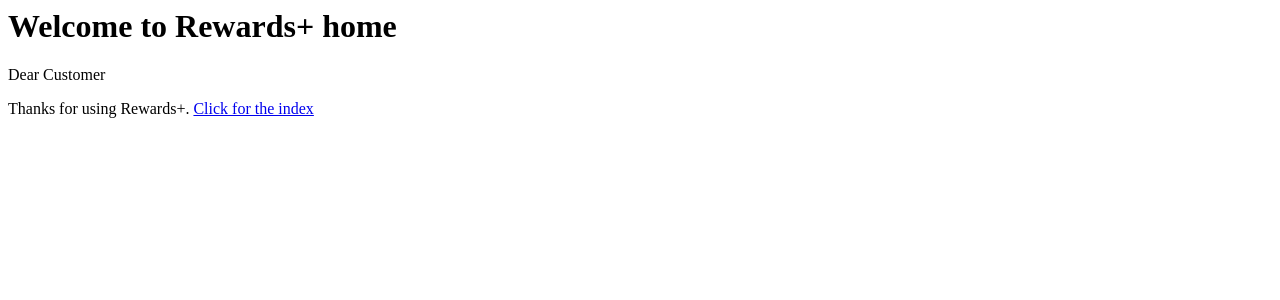
Repository: ahpraveen/springbootdemo
Page: demo/src/main/resources/static/home.html
The author's editor kept a copy of each file at every save. The page is drawn from the files as they stood at one save, then again after the next save.
The browser window is 1280 px wide. The pictures show the whole page.

Above is the page before, as saved 2018-01-21 23:19:51.

After the next save:
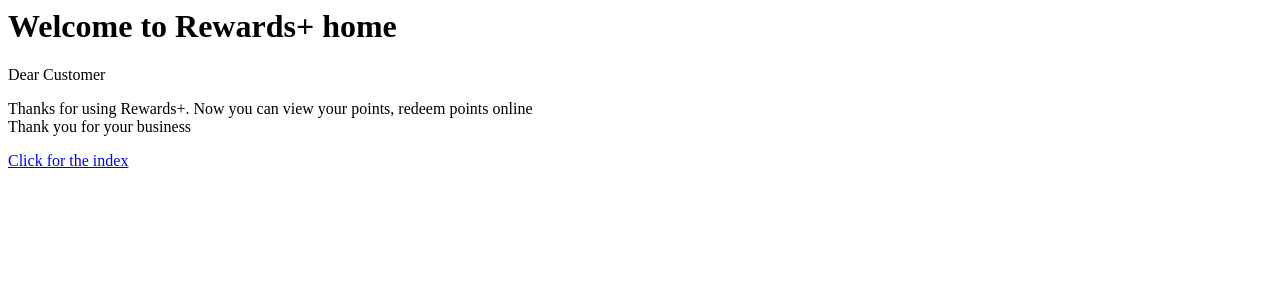
Saved 73 s later.
--- a/demo/src/main/resources/static/home.html
+++ b/demo/src/main/resources/static/home.html
@@ -5,7 +5,8 @@
 <body>
 <h1> Welcome to Rewards+ home</h1>
 <p> Dear Customer</p>
-<p> Thanks for using Rewards+.
+<p> Thanks for using Rewards+. Now you can view your points, redeem points online <br>
+    Thank you for your business </p>
 <a href=".././index.html">Click for the index</a>
 </body>
 </html>
